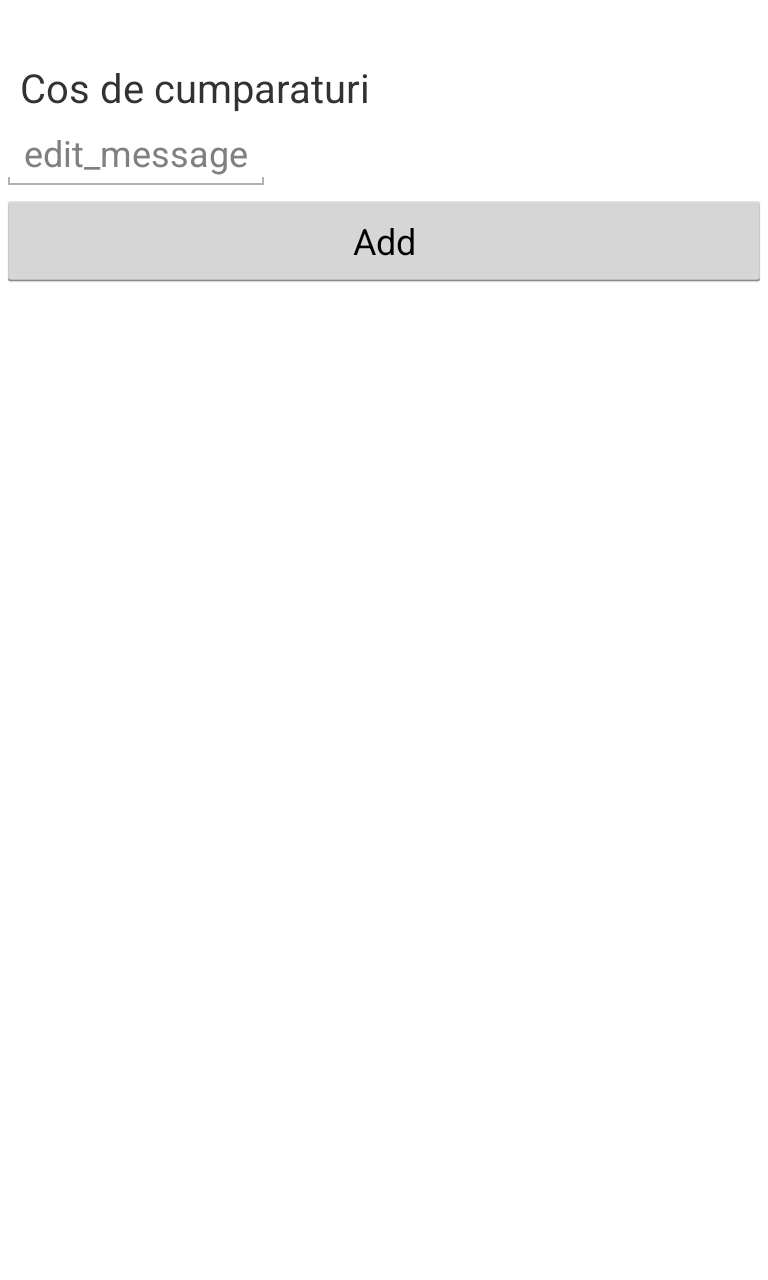
Repository: andreeacarmen/AndroidApp
Layout: MyApp/res/layout/new_activity.xml
The author's editor kept a copy of each file at every save. The layout is drawn from the files as they stood at one save, then again after a run of saves.
It is drawn on a 768 x 1280 px phone screen (xhdpi) without system bars, with theme AppTheme; the app's code is not run. Lists and similar views that code fills are empty.

Above is the layout before, as saved 2014-07-02 09:59:28.

After the next 6 saves:
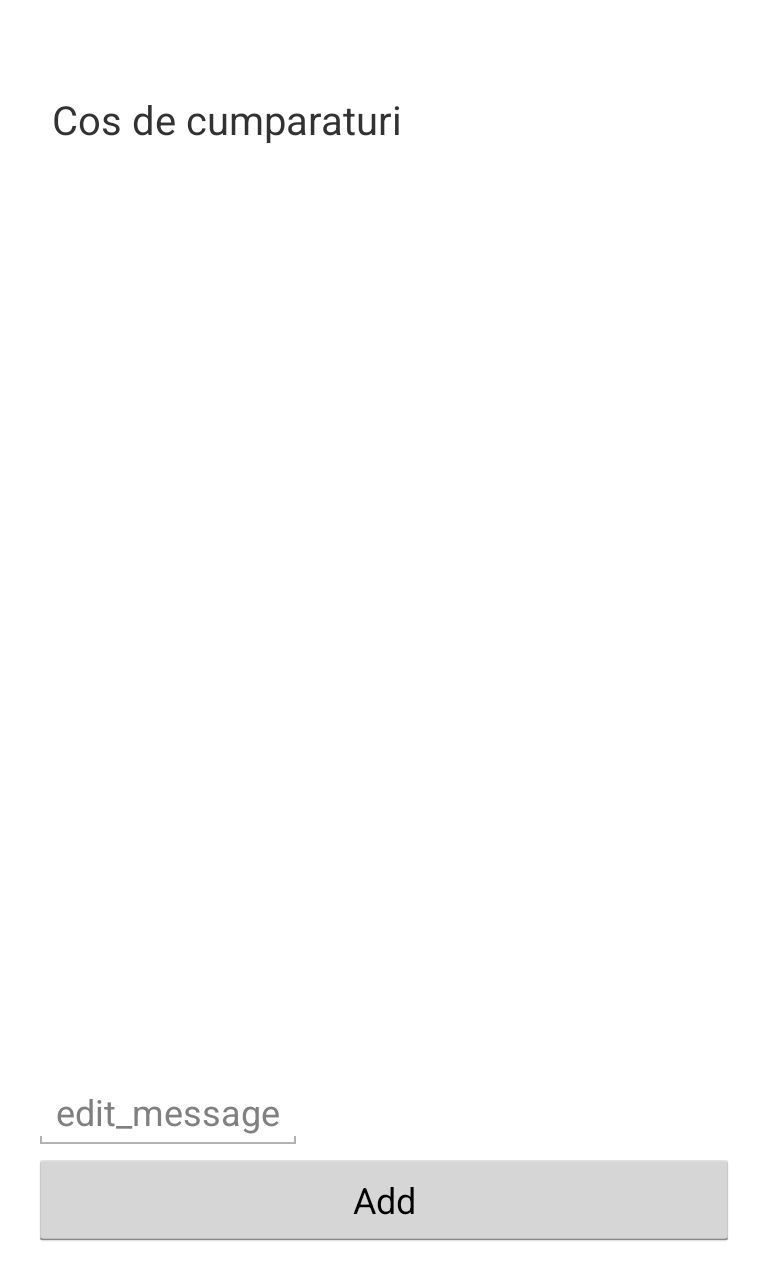
The 6 saves are shown as one change because 5 did not build or start.
The last was saved 9 min 39 s later.
--- a/MyApp/res/layout/new_activity.xml
+++ b/MyApp/res/layout/new_activity.xml
@@ -1,8 +1,12 @@
 <?xml version="1.0" encoding="utf-8"?>
-<LinearLayout xmlns:android="http://schemas.android.com/apk/res/android"
-    android:layout_width="wrap_content"
-    android:layout_height="wrap_content"
-    android:orientation="vertical" >
+<RelativeLayout xmlns:android="http://schemas.android.com/apk/res/android"
+    xmlns:tools="http://schemas.android.com/tools"
+    android:layout_width="match_parent"
+    android:layout_height="match_parent"
+    android:paddingBottom="@dimen/activity_vertical_margin"
+    android:paddingLeft="@dimen/activity_horizontal_margin"
+    android:paddingRight="@dimen/activity_horizontal_margin"
+    android:paddingTop="@dimen/activity_vertical_margin" >
 
    	<TextView
    	    android:text="Cos de cumparaturi"
@@ -17,20 +21,22 @@
         android:id="@android:id/list"
         android:layout_width="fill_parent"
         android:layout_height="wrap_content"
-
-        >
+       >
 	</ListView>
 
    <EditText android:id="@+id/edit_message"
+       	android:layout_above="@id/button2"
         android:layout_width="wrap_content"
         android:layout_height="wrap_content"
-        android:hint="edit_message" />
+        android:hint="edit_message"
+        />
 
    <Button
        android:id="@+id/button2"
+       android:layout_alignParentBottom="true"
        android:layout_width="match_parent"
        android:layout_height="wrap_content"
        android:text="Add"
      />
 
-</LinearLayout>
+</RelativeLayout>
